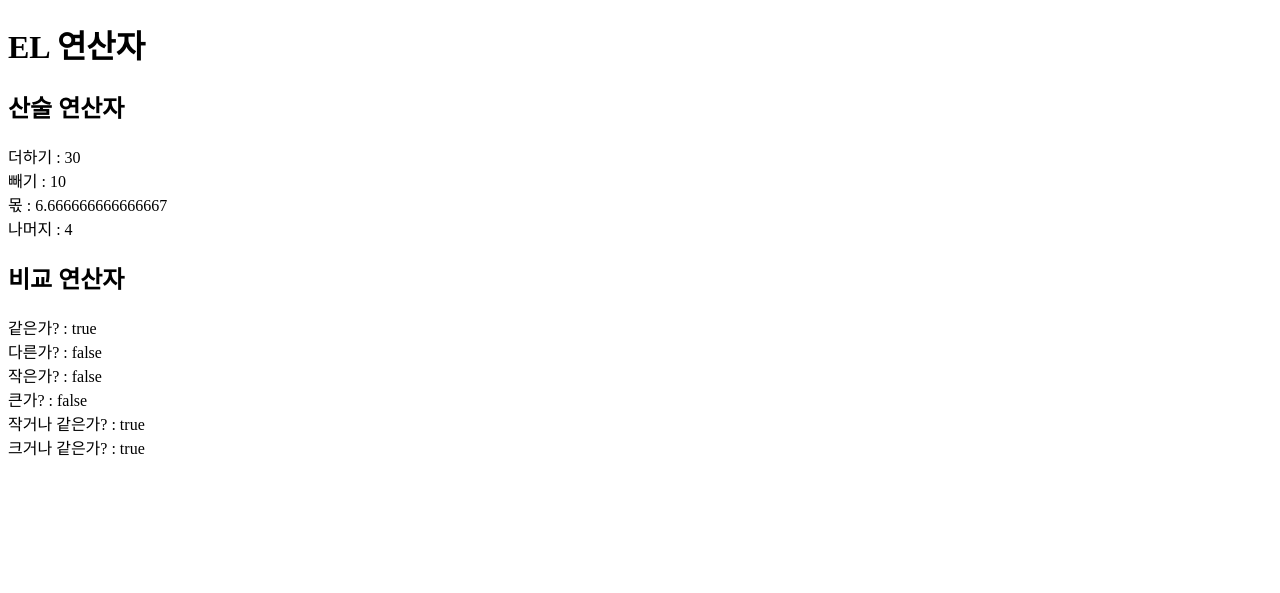
Repository: dnwpdud/WEB_CODES
Page: http://localhost/Web07_EL_JSTL/01_Expression_Language/02_operator.jsp
An editor plug-in stored every save of this project. The page is shown before and after the next save, followed by the edit.
The browser window is 1280 px wide. The pictures show the whole page.
The page is served by Tomcat 9. Other server files are loaded and not shown.

Above is the page before, as saved 2024-04-05 07:17:40.

### Web07_EL_JSTL/src/main/webapp/01_Expression_Language/02_operator.jsp
<%@page import="java.util.ArrayList"%>
<%@ page language="java" contentType="text/html; charset=UTF-8"
    pageEncoding="UTF-8"%>
<!DOCTYPE html>
<html>
<head>
<meta charset="UTF-8">
<title>EL 연산자</title>
</head>
<body>
	<%
		String nullStr = null;
		String emptStr = "";
		String[] zeroArray = new String[0];
		ArrayList<String> emptList = new ArrayList<>();

		pageContext.setAttribute("nullStr", nullStr);
		pageContext.setAttribute("emptStr", emptStr);
		pageContext.setAttribute("zeroArray", zeroArray);
		pageContext.setAttribute("emptList", emptList);



	%>

	<%--
	EL 연산자
	- 기본적인 연산자는 자바와 동일
	- '/'와 div는 동일한 연산자

	 --%>

	<h1>EL 연산자</h1>
	<h2>산술 연산자</h2>
	더하기 : ${20 + 10}<br>
	빼기 : ${'20'- '10'}<br>
	몫 : ${'40' div '6' }<br>
	나머지 : ${40 mod 6 }<br>

	<h2>비교 연산자</h2>
	같은가? : ${'10' eq '10' }<br>
	다른가? : ${'10' ne '10' }<br>
	작은가? : ${'10' lt '10' }<br>
	큰가? : ${'10' gt '10' }<br>
	작거나 같은가? : ${'10' le '10' }<br>
	크거나 같은가? : ${'10' ge '10' }<br>

</body>
</html>

After the next save:
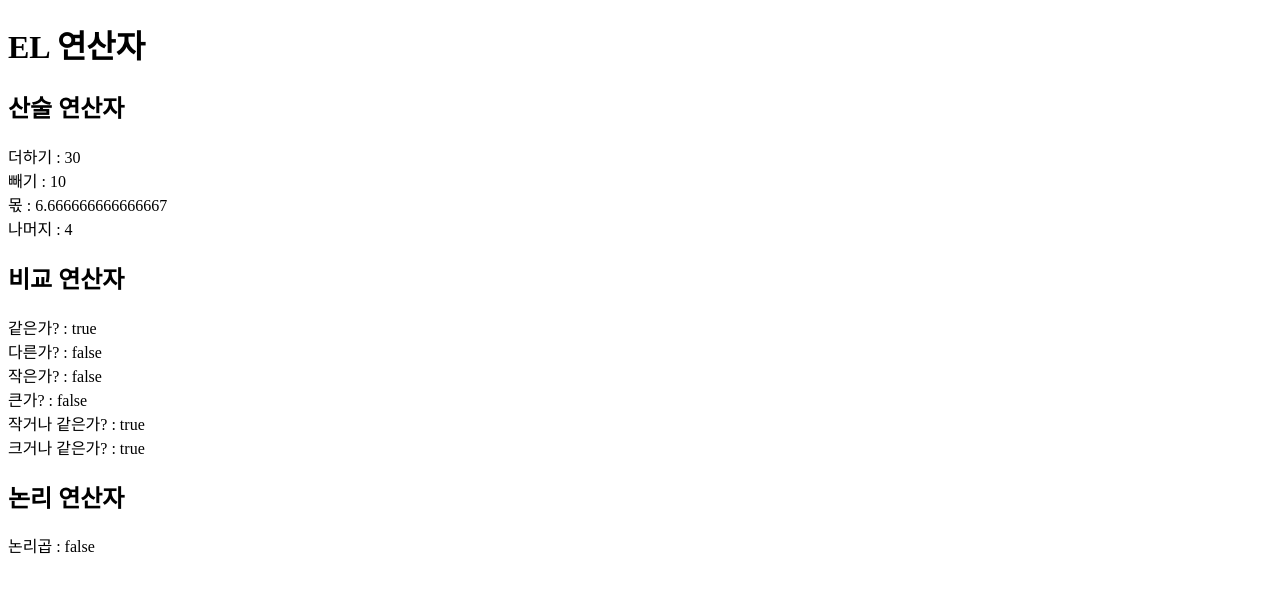
Saved 90 s later.
--- a/Web07_EL_JSTL/src/main/webapp/01_Expression_Language/02_operator.jsp
+++ b/Web07_EL_JSTL/src/main/webapp/01_Expression_Language/02_operator.jsp
@@ -45,5 +45,7 @@
 	작거나 같은가? : ${'10' le '10' }<br>
 	크거나 같은가? : ${'10' ge '10' }<br>
 
+	<h2>논리 연산자</h2>
+	논리곱 : ${true and false }<br>
 </body>
 </html>
